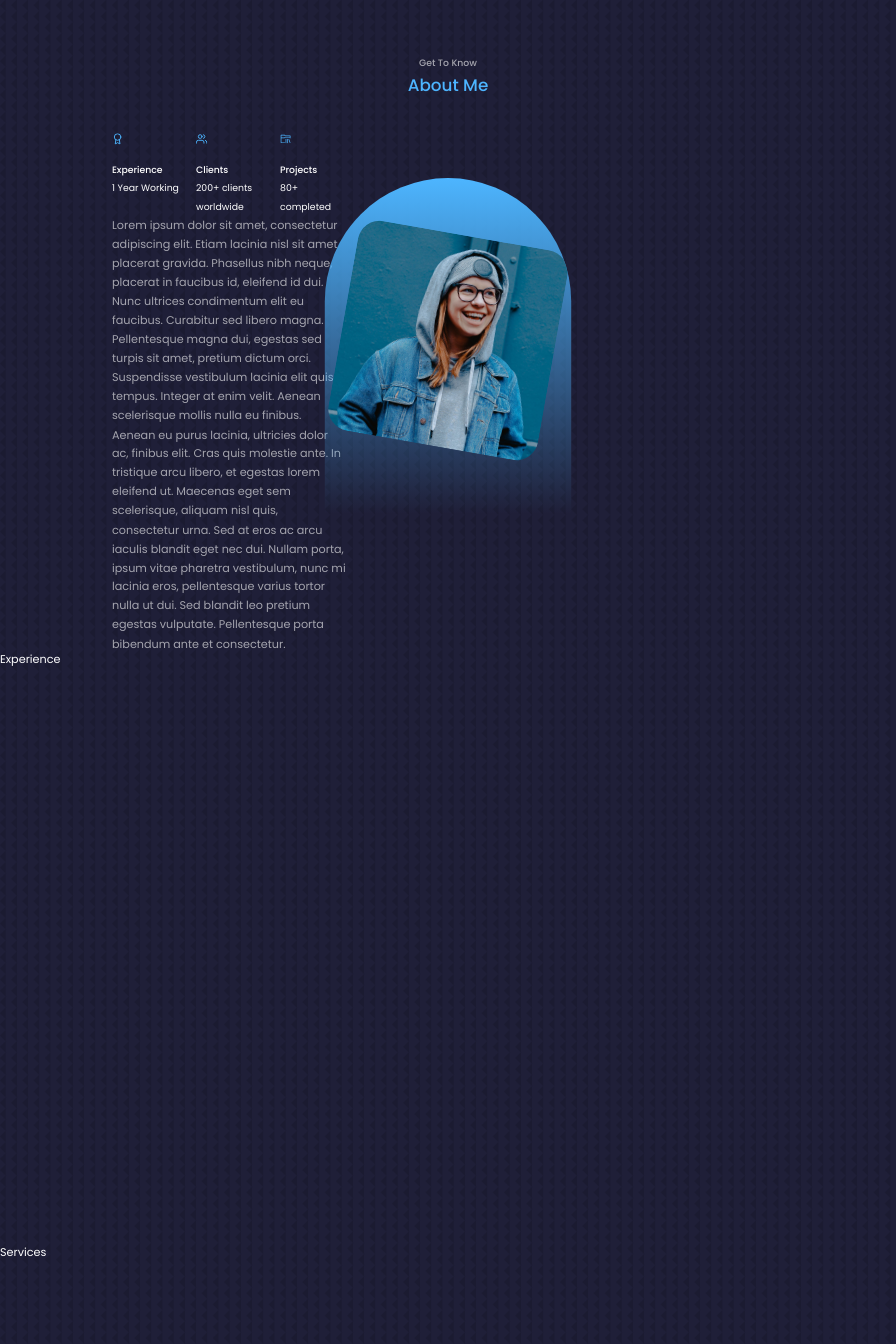
Repository: smallchungus/resumeWebsite
Page: / (app in hello/)
The author's editor kept a copy of each file at every save. The page is drawn from the files as they stood at one save, then again after a run of saves.
The browser window is 1280 px wide. The pictures show the part of the page from y = 768 to 2688 px (the page is 5835 px tall), at 70% of full size.
The project was rebuilt for these pictures with package versions that can differ from the ones it lists, and the page was loaded fresh each time. Also part of the build but not shown: hello/src/components/experience/experience.css, hello/src/components/portfolio/portfolio.css, hello/src/components/contact/contact.css, hello/src/components/footer/footer.css. Imported but missing from the stored project, and not drawn on this page: hello/src/assets/cv.pdf.

Above is the page before, as saved 2023-03-23 18:24:22.

After the next 2 saves:
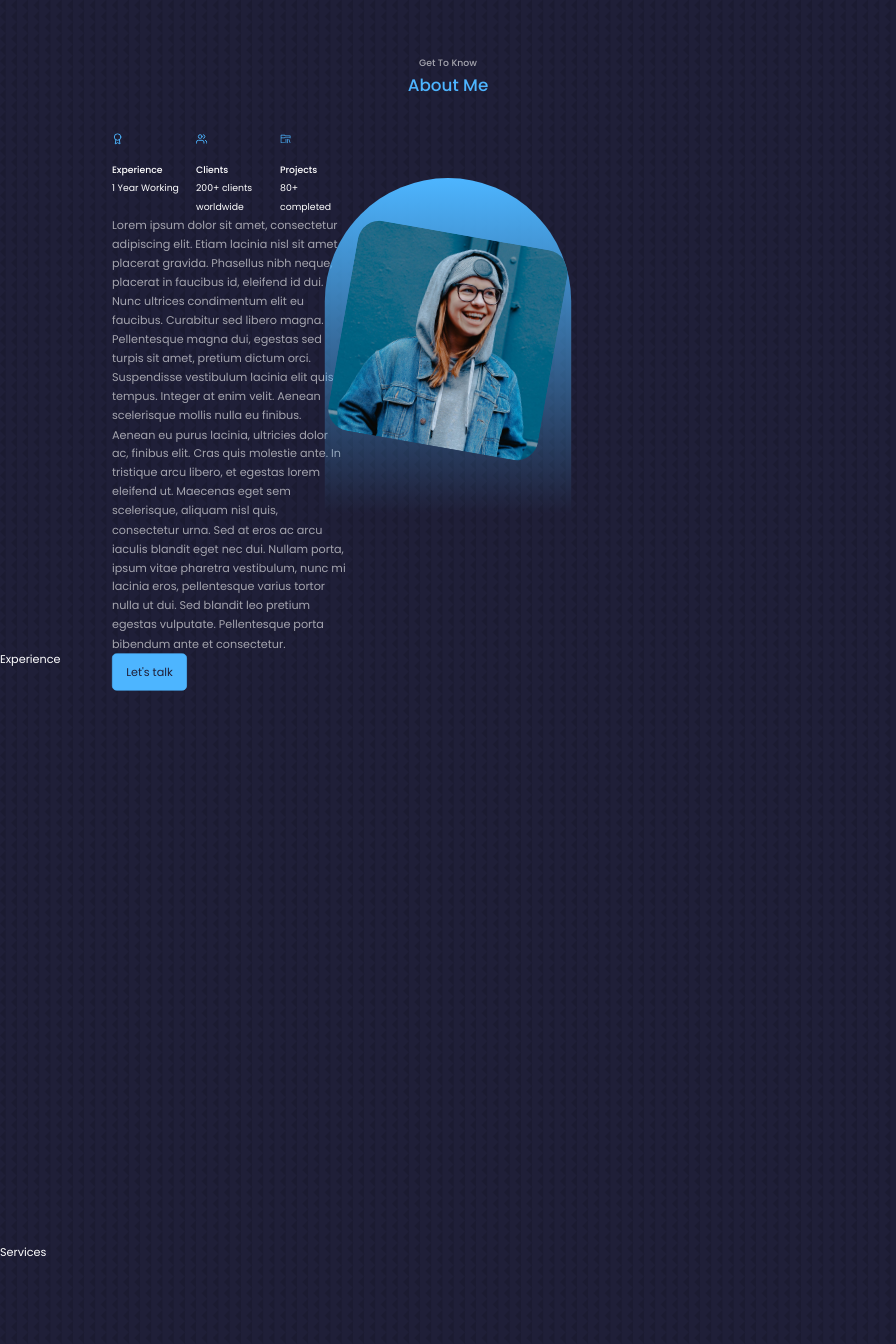
The 2 saves are shown as one change because 1 did not build or start.
The last was saved 17 s later.
--- a/hello/src/components/about/About.jsx
+++ b/hello/src/components/about/About.jsx
@@ -44,7 +44,7 @@ const About = () => {
           Cras quis molestie ante. In tristique arcu libero, et egestas lorem eleifend ut. Maecenas eget sem scelerisque, aliquam nisl quis, consectetur urna. Sed at eros ac arcu iaculis blandit eget nec dui. Nullam porta,
           ipsum vitae pharetra vestibulum, nunc mi lacinia eros, pellentesque varius tortor nulla ut dui. Sed blandit leo pretium egestas vulputate. Pellentesque porta bibendum ante et consectetur.
           </p>
-
+          <a href="#contact" className='btn btn-primary'>Let's talk</a>
         </div>
       </div>
     </section>
